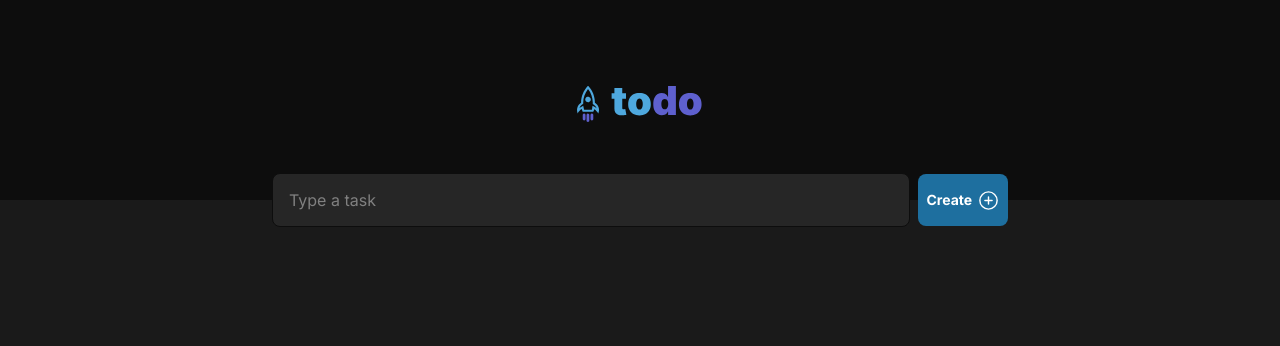
Repository: JoseGu1llardi/to-do-list-D01
Page: /
An editor plug-in stored every save of this project. The page is shown before and after the next save, followed by the edit.
The browser window is 1280 px wide. The pictures show the whole page.
The project was rebuilt for these pictures with package versions that can differ from the ones it lists, and the page was loaded fresh each time. Also part of the build but not shown: vite.config.ts.

Above is the page before, as saved 2023-03-10 14:04:51.

After the next save:
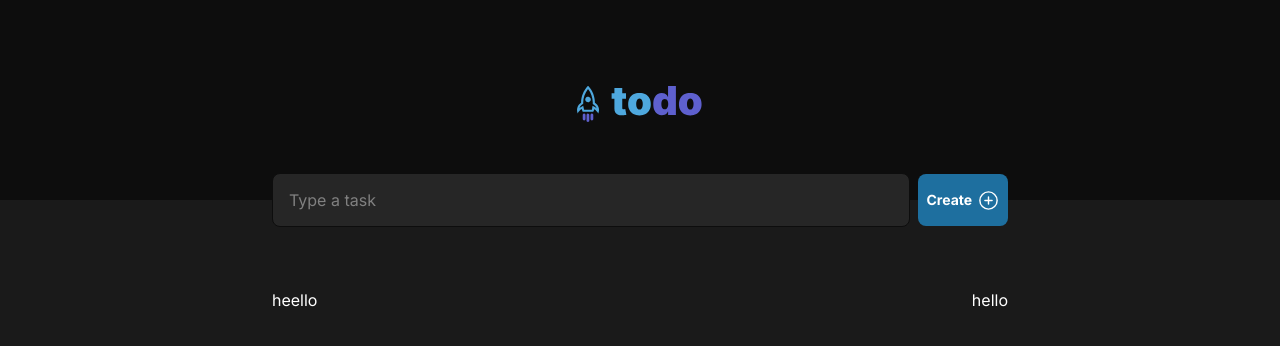
Saved 21 s later.
--- a/src/App.tsx
+++ b/src/App.tsx
@@ -5,6 +5,7 @@ import styles from './App.module.css';
 import "./global.css"
 import { Input } from "./components/Input";
 import { Button } from "./components/Button";
+import { Tasks } from "./components/Tasks";
 
 function App() {
   return (
@@ -17,7 +18,7 @@ function App() {
       </div>
 
       <div className={styles.tasksContainer}>
-
+        <Tasks />
       </div>
     </>
   )
